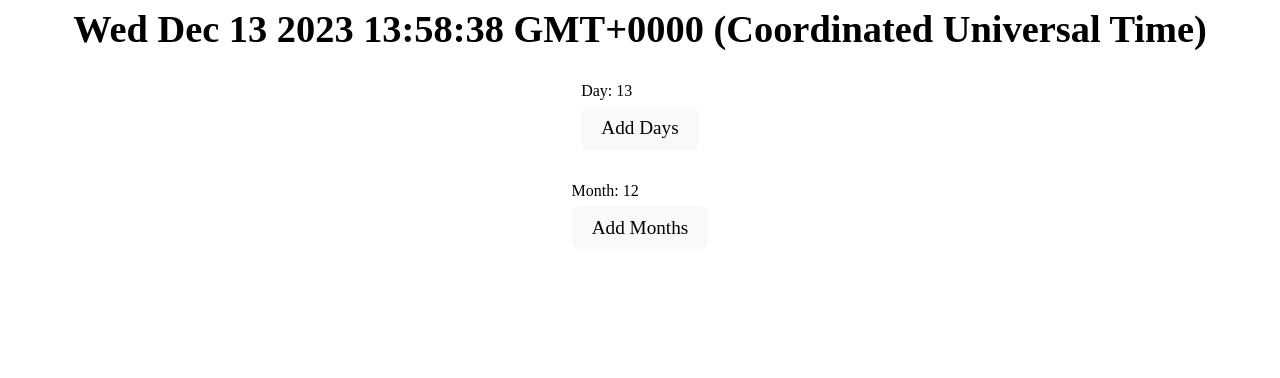
Repository: Tobby004/secondvue-assignment
Page: / (app in second-vue/)
An editor plug-in stored every save of this project. The page is shown before and after the next save, followed by the edit.
The browser window is 1280 px wide. The pictures show the whole page.
The project was rebuilt for these pictures with package versions that can differ from the ones it lists, and the page was loaded fresh each time. Also part of the build but not shown: second-vue/vue.config.js.

Above is the page before, as saved 2023-12-13 14:27:18.

After the next save:
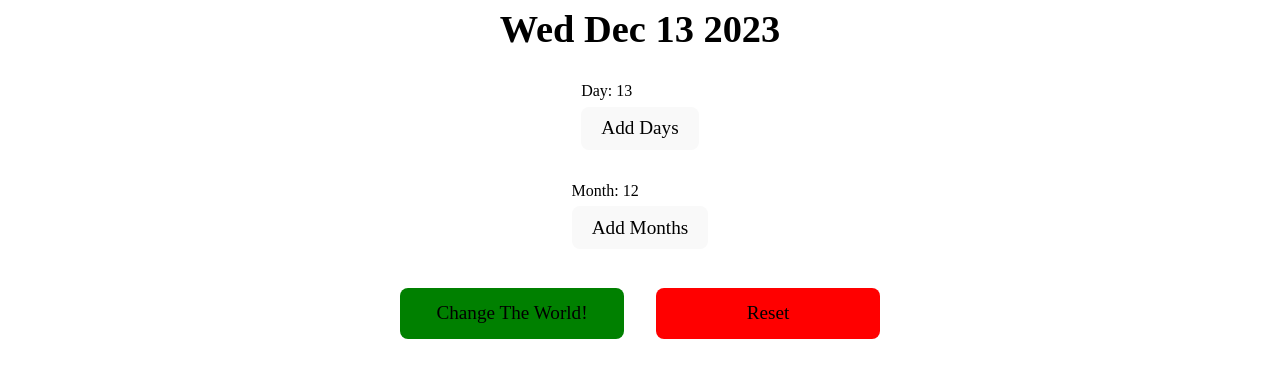
Saved 4 min 51 s later.
--- a/second-vue/src/App.vue
+++ b/second-vue/src/App.vue
@@ -1,10 +1,10 @@
 <template>
   <div class="app">
-    <h1>{{ currentDate }}</h1>
+    <h1>{{ formattedDate }}</h1>
 
     <div>
       <p>
-        Day: {{ currentDay }}
+        Day: {{ newDay }}
         <span v-if="addedDay > 0">
           <template v-if="addedDay === 1"> (+ {{ addedDay }} day)</template>
           <template v-else> (+ {{ addedDay }} days)</template>
@@ -15,7 +15,7 @@
 
     <div>
       <p>
-        Month: {{ currentMonth }}
+        Month: {{ newMonth }}
         <span v-if="addedMonth > 0">
           <template v-if="addedMonth === 1"> (+ {{ addedMonth }} month)</template>
           <template v-else> (+ {{ addedMonth }} months)</template>
@@ -24,7 +24,12 @@
       <button @click="handleAddedMonth">Add Months</button>
     </div>
 
-    <!-- The rest of your component's template -->
+    <div class="action-btn">
+      <button @click="handleChangeDate" class="change-btn" title="Click to set new date">
+        Change The World!
+      </button>
+      <button @click="handleReset" class="reset-btn">Reset</button>
+    </div>
   </div>
 </template>
 
@@ -38,10 +43,13 @@ export default {
     };
   },
   computed: {
-    currentDay() {
+    formattedDate() {
+      return this.currentDate.toDateString();
+    },
+    newDay() {
       return this.addDay(this.addedDay).getDate();
     },
-    currentMonth() {
+    newMonth() {
       return this.addMonth(this.addedMonth).getMonth() + 1;
     },
   },
@@ -61,6 +69,15 @@ export default {
     },
     handleAddedMonth() {
       this.addedMonth += 1;
+    },
+    handleChangeDate() {
+      const resultDate = this.addMonth(this.addedMonth, this.addDay(this.addedDay));
+      this.currentDate = resultDate;
+    },
+    handleReset() {
+      this.currentDate = new Date();
+      this.addedDay = 0;
+      this.addedMonth = 0;
     },
   },
 };
